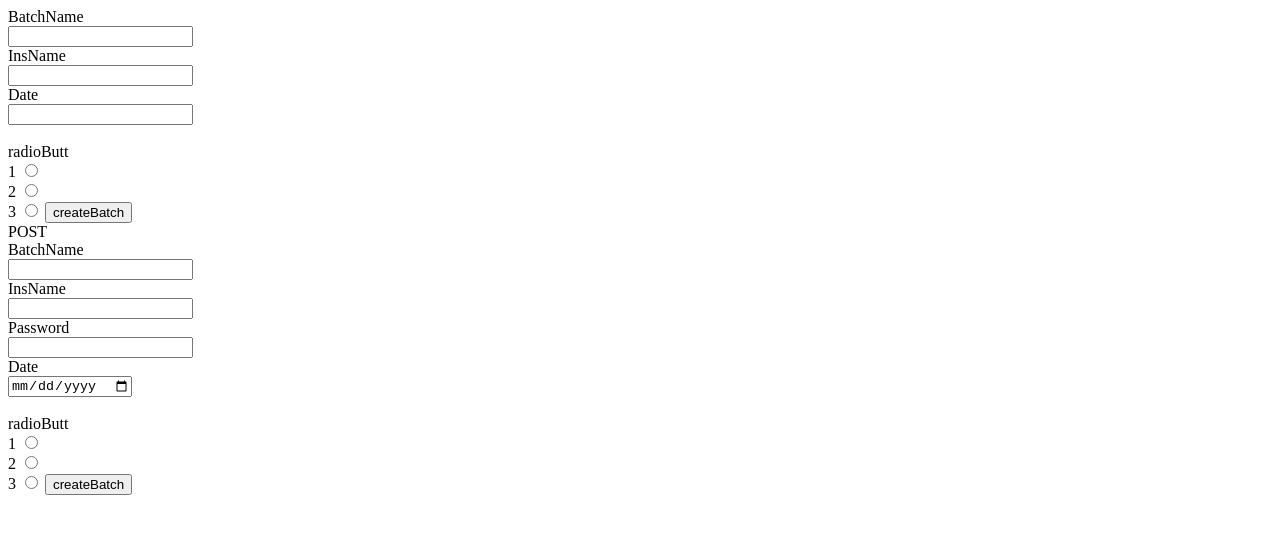
Repository: ark0000/gitL
Page: sevs/src/main/webapp/add-batch.html
The author's editor kept a copy of each file at every save. The page is drawn from the files as they stood at one save, then again after the next save.
The browser window is 1280 px wide. The pictures show the whole page.

Above is the page before, as saved 2024-03-03 11:35:23.

After the next save:
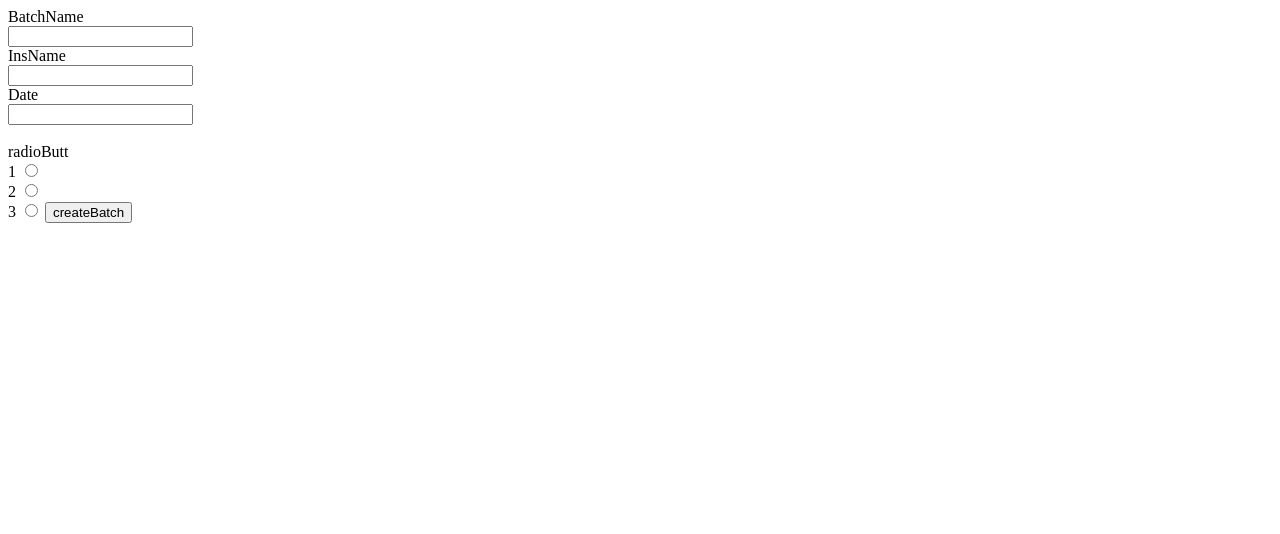
Saved 43 s later.
--- a/sevs/src/main/webapp/add-batch.html
+++ b/sevs/src/main/webapp/add-batch.html
@@ -21,23 +21,6 @@
 
 <input  type="submit" name="batch" value="createBatch" >
 </form>
-POST
-<form action="addbatch" method="post">
-<label for="">BatchName</label><br>
-<input  type="text" name="batchName" ><br>
-<label for="">InsName</label><br>
-<input  type="text" name="InsName" ><br>
-<label for="">Password</label><br>
-<input  type="password" name="Date" ><br>
-<label for="">Date</label><br>
-<input  type="date" name="Date" ><br>
-<br><label>radioButt</label>
-<br>1 <input type="radio" name="rad" value="1">
-<br>2 <input type="radio" name="rad" value="2">
-<br>3 <input type="radio" name="rad" value="3">
 
-<input  type="submit" name="batch" value="createBatch" >
-
-</form>
 </body>
 </html>

After the save that followed:
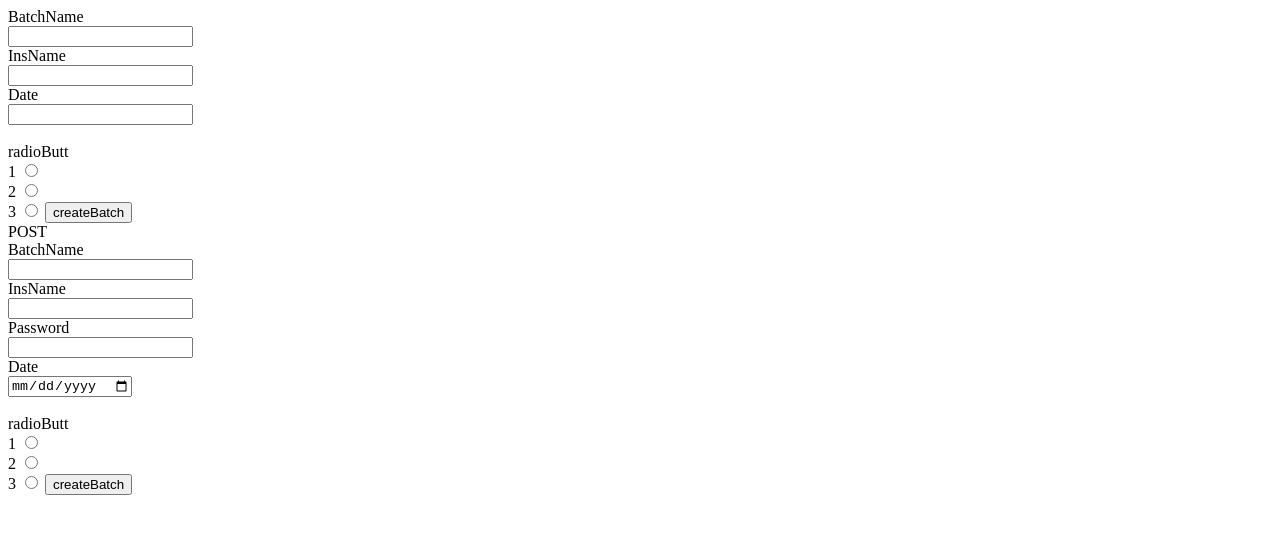
Saved 94 s later.
--- a/sevs/src/main/webapp/add-batch.html
+++ b/sevs/src/main/webapp/add-batch.html
@@ -21,6 +21,23 @@
 
 <input  type="submit" name="batch" value="createBatch" >
 </form>
+POST
+<form action="addbatch" method="post">
+<label for="">BatchName</label><br>
+<input  type="text" name="batchName" ><br>
+<label for="">InsName</label><br>
+<input  type="text" name="InsName" ><br>
+<label for="">Password</label><br>
+<input  type="password" name="Date" ><br>
+<label for="">Date</label><br>
+<input  type="date" name="Date" ><br>
+<br><label>radioButt</label>
+<br>1 <input type="radio" name="rad" value="1">
+<br>2 <input type="radio" name="rad" value="2">
+<br>3 <input type="radio" name="rad" value="3">
 
+<input  type="submit" name="batch" value="createBatch" >
+
+</form>
 </body>
 </html>
